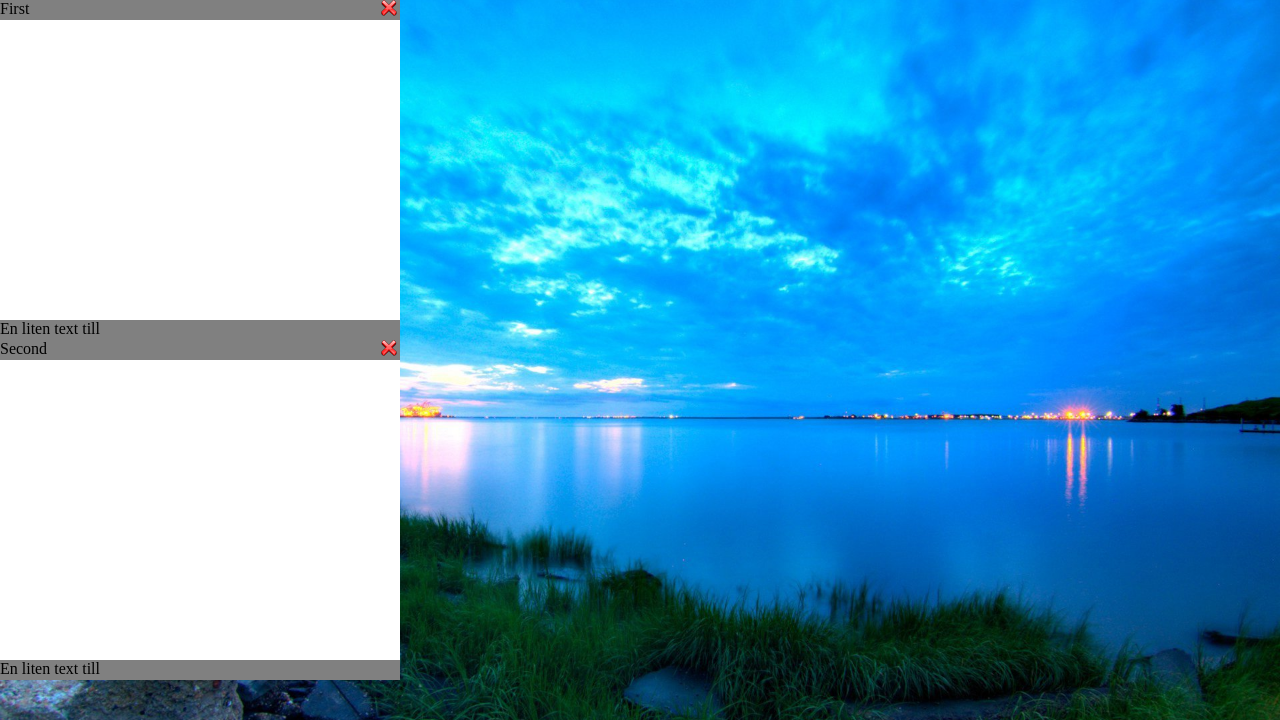
Repository: mc22dg/1dv403-laborationer
Page: Projekt/index.html
The author's editor kept a record of every edit. The page is drawn from the files as they stood at one moment, then again after the next edit.
The browser window is 1280 px wide. The pictures show the whole page.

Above is the page before.

After the next edit:
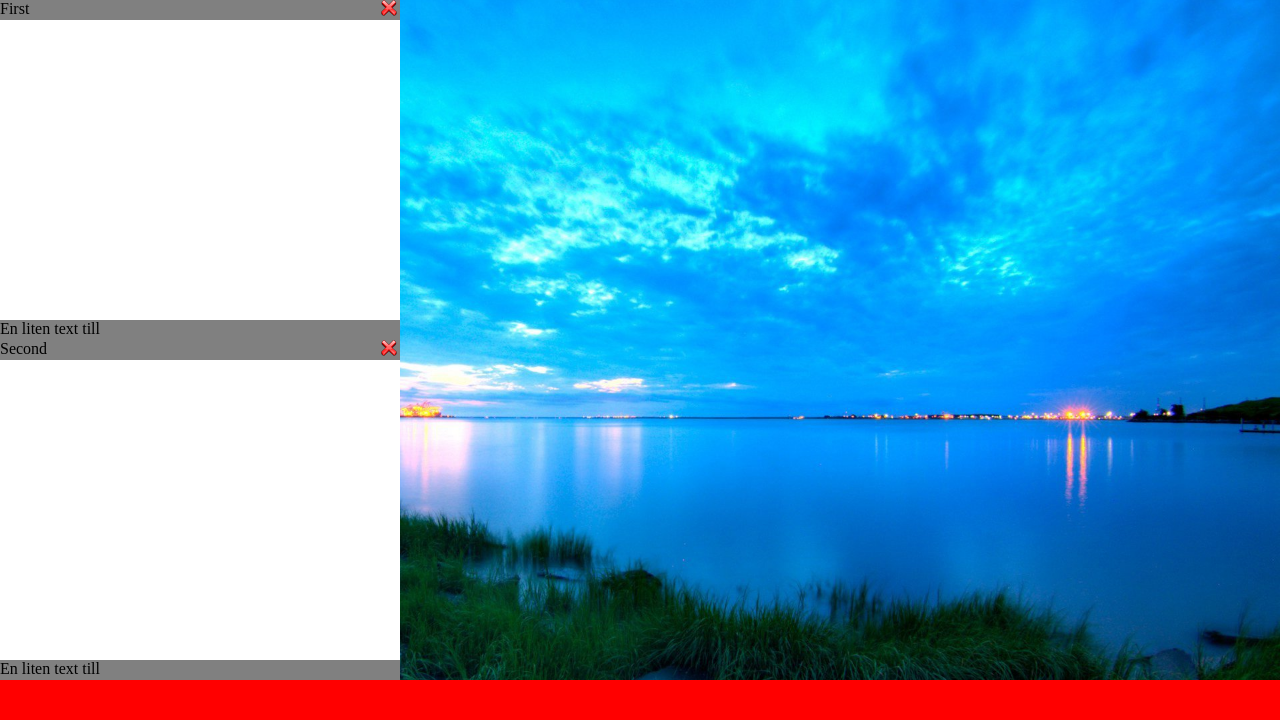
The edit:
--- a/Projekt/index.html
+++ b/Projekt/index.html
@@ -23,8 +23,8 @@
 
 
 
-
-        <div id="start"></div>
+            </template>
+            <div id="start"></div>
 
         </div>
 
